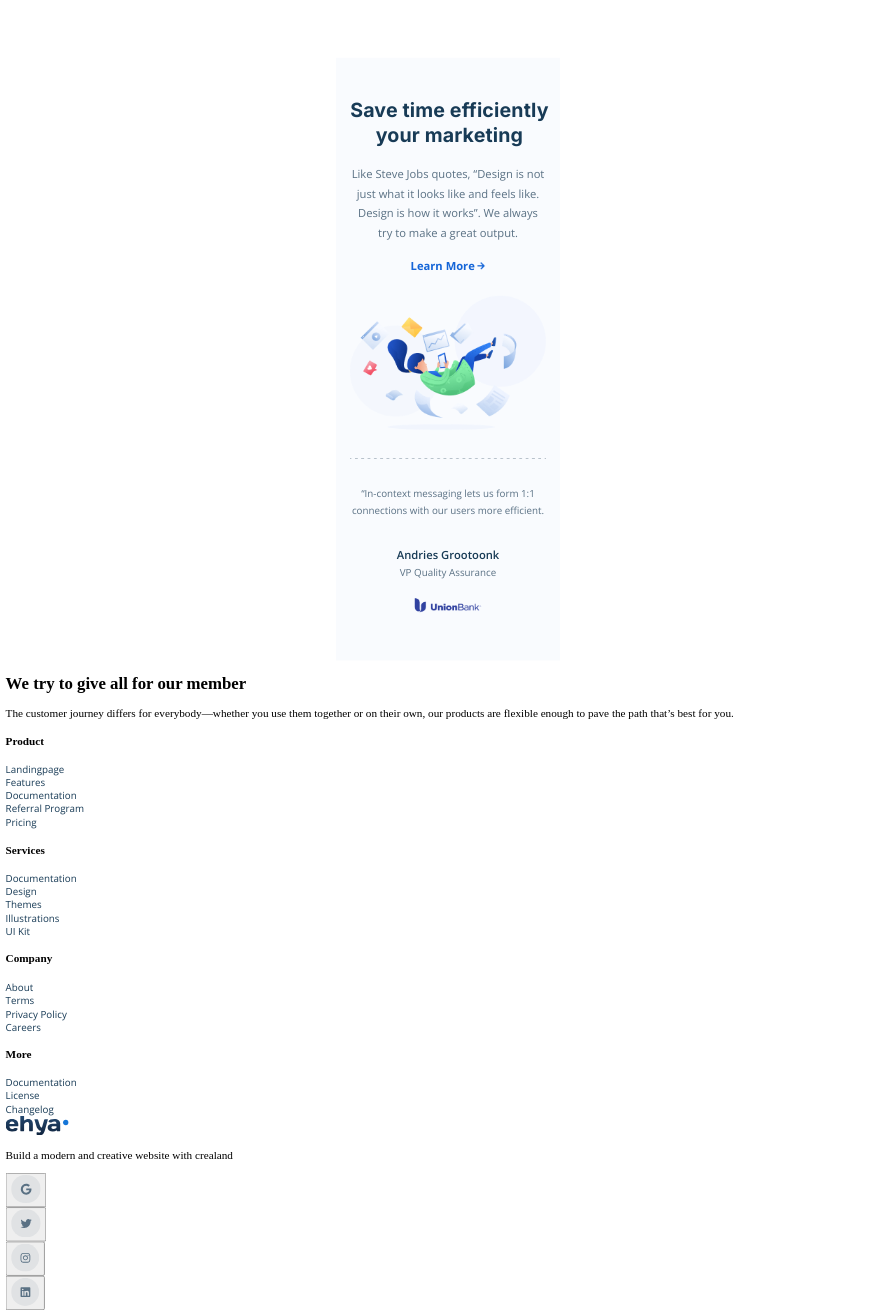
Repository: umlaufissss/provaFront
Page: HTML/index.html
An editor plug-in stored every save of this project. The page is shown before and after a run of saves, followed by the edit.
The browser window is 1280 px wide. The pictures show the part of the page from y = 1572 to 3492 px (the page is 3451 px tall before and 3492 px after), at 70% of full size.
Some web fonts or font styles are not loaded; a fallback is used.

Above is the page before, as saved 2026-06-22 19:20:11.

### HTML/index.html
<!DOCTYPE html>
<html lang="pt-br">
<head>
    <meta charset="UTF-8">
    <meta name="viewport" content="width=device-width, initial-scale=1.0">
    <link rel="stylesheet" href="../CSS/style.css">
    <link href="https://fonts.googleapis.com/css2?family=Inter:ital,opsz,wght@0,14..32,100..900;1,14..32,100..900&family=Montserrat:ital,wght@0,100..900;1,100..900&family=Paytone+One&display=swap" rel="stylesheet">
    <link href="https://fonts.googleapis.com/css2?family=Inter:ital,opsz,wght@0,14..32,100..900;1,14..32,100..900&family=Montserrat:ital,wght@0,100..900;1,100..900&family=Open+Sans:ital,wght@0,300..800;1,300..800&family=Paytone+One&display=swap" rel="stylesheet">

    <title>Prova de Recuperação Front End</title>
</head>
<body>

    <header class="mainGrid">
        <section class="generalCard">

            <section class="topCima">

                <!-- logo -->
                <div class="sonnImg">
                    <img src="/assets/icons/Logo.svg" alt="logo">
                </div>

                <div class="menu">
                    <img src="/assets/icons/ic_Menu (1).svg" alt="menu">
                </div>

            </section>

            <section class="meio">
                <div class="phrase">
                        <h1>Better customer relations starts now<h1>
                </div>

                <div class="card">

                    <p>Your Email here..<p>

                    <button type="button" class="button-submit">Get Started</button>

                </div>

                <div class="imagemTop">
                    <img src="/assets/img/Customer Development.svg" alt="imagemInicio">
                </div>

            </section>




        </section>
    </header>


    <main class="masterBoard">

        <section class="hero" id="teamSuggestions">

            <!-- Aqui a linha não é quebrada como proposto no Figma,
             mas seus valores de width e height são idênticos no CSS
             VEJA: "#teamSuggestions h2" em style.css-->
            <h2>Help your customers and your team</h2>

            <article class="cardSuggestions" id="beOrganized">
                <h3>
                    Be Organized
                </h3>
                <p>
                    Bring traditional files, cloud content,
                    EhyaSpace Paper docs, and web
                    shortcuts together in one
                    place—and work the way that works
                    for you.
                </p>
            </article>

            <img src="../assets/img/Organize Operations.png" alt="Organize Operations with Your Team">

            <article class="cardSuggestions">
                <h3>
                    Stay Focused
                </h3>
                <p>
                    Personalized suggestions give you
                    files and folders when you need
                    them so you spend less time
                    searching the files.
                </p>
            </article>

            <article class="cardSuggestions">
                <h3>Get in Sync</h3>
                <p>
                    Coordinate with your team and push
                    projects forward with the tools you
                    use every day—all within EhyaSpace.
                    That make your drive safe.
                </p>
            </article>
        </section>

    </main>

        <section class="second" id="saveTime">

            <h2>
                Save time efficiently your marketing
            </h2>

            <p>
                Like Steve Jobs quotes, “Design is not
                just what it looks like and feels like.
                Design is how it works”. We always
                try to make a great output.
            </p>

            <a class="btnLearn" href="/">
                <button type="button" aria-label="Click here to learn more">
                    Learn More <img src="../assets/icons/arrow.png">
                </button>
            </a>

            <img class="woman" src="../assets/img/Woman Falling.png" alt="Woman learning marketing">

            <img class="line" id="dotted" src="../assets/img/Line.png">

            <article class="quoteAndries">

                <!-- Aqui a linha não é quebrada como proposto no Figma,
                 mas seus valores de width e height são idênticos no CSS
                 VEJA: "#saveTime .quoteAndries p" em style.css-->
                <p>
                    “In-context messaging lets us form 1:1
                    connections  with our users
                    more efficient.
                </p>

                <h3>Andries Grootoonk</h3>
                <h4>VP Quality Assurance</h4>

                <img src="../assets/img/LogoUnionBank.png" alt="Logo of Union Bank">
            </article>
        </section>

        <section class="third" id="support">
            <h2>We try to give all for our member</h2>
            <p>
                The customer journey differs for
                everybody—whether you use them
                together or on their own, our
                products are flexible enough to pave
                 the path that’s best for you.
            </p>

            <h3></h3>
        </section>

        <footer class="baseboard">
            <section class="principalBaseboard">
                <div class="cardFooter">
                    <h4>Product</h4>
                    <ul>
                        <li><a href="/">Landingpage</a></li>
                        <li><a href="/">Features</a></li>
                        <li><a href="/">Documentation</a></li>
                        <li><a href="/">Referral Program</a></li>
                        <li><a href="/">Pricing</a></li>
                    </ul>
                </div>

                <div class="cardFooter">
                    <h4>Services</h4>
                    <ul>
                        <li><a href="/">Documentation</a></li>
                        <li><a href="/">Design</a></li>
                        <li><a href="/">Themes</a></li>
                        <li><a href="/">Illustrations</a></li>
                        <li><a href="/">UI Kit</a></li>
                    </ul>
                </div>

                <div class="cardFooter">
                    <h4>Company</h4>
                    <ul>
                        <li><a href="/">About</a></li>
                        <li><a href="/">Terms</a></li>
                        <li><a href="/">Privacy Policy</a></li>
                        <li><a href="/">Careers</a></li>
                    </ul>
                </div>

                <div class="cardFooter">
                    <h4>More</h4>
                    <ul>
                        <li><a href="/">Documentation</a></li>
                        <li><a href="/">License</a></li>
                        <li><a href="/">Changelog</a></li>
                    </ul>
                </div>
            </section>

            <section class="bottomBaseboard">

                <div class="mainIcon">
                    <img src="/assets/icons/Logo.svg" alt="Logo 'ehya' do site">
                </div>

                <p>Build a modern and creative website with crealand</p>

                <div class="networkIcons">
                    <article class="icon">
                        <a href="/"><button><img src="/assets/icons/IconG.svg" alt="Ir para página Google"></button></a>
                    </article>

                    <article class="icon">
                        <a href="/"><button><img src="/assets/icons/IconT.svg" alt="Ir para nosso perfil do Twitter"></button></a>
                    </article>

                    <article class="icon">
                        <a href="/"><button><img src="/assets/icons/IconI.svg" alt="Ir para nosso perfil do Instagram"></button></a>
                    </article>

                    <article class="icon">
                        <a href="/"><button><img src="/assets/icons/IconL.svg" alt="Ir para nosso perfil do Linkedin"></button></a>
                    </article>

                    </div>
                </section>
        </footer>
</body>
</html>

### CSS/style.css
:root
{
    --color-white: #FFF;
    --color-vibrant-green: #36B37E;
    --color-bright-gray: #F9FBFE;
    --color-brigther-gray: #F9FBFE;
    --color-navy-blue: #183B56;
    --color-vibrant-dark-blue: #1565D8;
    --color-steel-blue: #5A7184;
    --color-gray: #B3BAC5;
    --color-dotted-line: #9DAAB6;
    --color-light-green: #EBF8F3;
;#EBF8F3 :yarg-rolo

    /*Opacidade*/
    --color-steel-blue-opacity10: rgba(179, 186, 197, 0.1);
}

*
{
    box-sizing: border-box;
}

.mainGrid{
    margin:0px;
#EBF8F3    background-color:#36B37E ;

}

.soonImg img{
  display: flex;
  justify-content: space-between;
  align-items: center;
  margin:0px;
}

.topCima{

}

.phrase h1{
    font-family: "Inter" , sans-serif;
    color: #183B56;
    font-weight: 300 ;

    font-family: Inter;
    font-weight: 700;
    font-size: 32px;
    text-align: center;

}

.card{
    display: grid;
    text-align: center;
    background-color: white;
    color: #5A7184;

    width: 280px;
    height: 132px;
    top: 206px;
    left: 20px;


    border-radius: 8px;
    justify-content: center;
    align-items: center;
}


.card button{
    background-color: rgb(107, 192, 107);
    color: white;

    height: 46px;
    width: 248px;
    border: 0px;
    border-radius: 8px;

    top: 276px;
    left: 36px;


}

.imagemTop img{
    width: 280px;
    height: 180px;

    margin: 18px 0 18px;

}




.masterBoard
{
    padding: 0 20px;
    background-color: var(--color-white);

    width: 320px;
    justify-self: center;
}

#teamSuggestions
{
    display: flex;
    flex-direction: column;
    justify-self: center;

    padding: 64px 0 56px;
}
#teamSuggestions h2
{
    font-family: "Inter", sans-serif;
    font-weight: 700;
    font-size: 28px;
    line-height: 36px;
    letter-spacing: 0.2px;
    text-align: center;

    color: var(--color-navy-blue);

    margin: 0;

    width: 280px;
    height: 108px;
}

#teamSuggestions .cardSuggestions
{
    width: 280px;
    height: 201px;
    display: flex;
    flex-direction: column;
    justify-content: center;

    margin: 12px 0;
}

#teamSuggestions .cardSuggestions h3
{
    font-family: "Inter",sans-serif;
    font-weight: 700;
    font-size: 16px;
    line-height: 20px;
    letter-spacing: 0.2px;

    color: var(--color-navy-blue);

    margin-left: 20px;
}

#teamSuggestions .cardSuggestions p
{
    font-family: Open Sans;
    font-weight: 400;
    font-size: 14px;
    line-height: 24px;
    letter-spacing: 0px;

    color: var(--color-steel-blue);
    margin-left: 20px;

    width: 240px;
}

#teamSuggestions img
{
    width: 280px;
    height: 180px;

    margin: 18px 0 18px;
}

#teamSuggestions #beOrganized
{

    background-color: var(--color-steel-blue-opacity10);
    border-left: 2px solid var(--color-steel-blue);

    margin: 18px 0;
}

#saveTime
{
    padding: 56px 20px 58px;
    background-color: var(--color-brigther-gray);

    width: 320px;
    display: flex;
    flex-direction: column;
    justify-self: center;
    text-align: center;
}

#saveTime h2
{
    font-family: "Inter", sans-serif;
    font-weight: 700;
    font-size: 28px;
    line-height: 36px;
    letter-spacing: 0.2px;
    text-align: center;

    color: var(--color-navy-blue);

    width: 284px;
    height: 72px;

    margin: 0;
}

#saveTime p
{
    font-family: "Open Sans", sans-serif;
    font-weight: 400;
    font-size: 16px;
    line-height: 28px;
    letter-spacing: 0px;
    text-align: center;

    color: var(--color-steel-blue);

    width: 280px;
    height: 112px;

    margin: 24px 0;
}

#saveTime .btnLearn
{
    display: flex;

    justify-content: center;
    margin-bottom: 34px;

    text-decoration: none;

}

#saveTime .btnLearn button
{
    font-family: "Open Sans", sans-serif;
    font-weight: 700;
    font-size: 16px;
    line-height: 100%;
    letter-spacing: 0px;

    background-color: transparent;
    border: none;
    color: var(--color-vibrant-dark-blue);
}

#saveTime .btnLearn button img
{
    margin-left: x;
}

#saveTime .woman
{
    width: 280px;
    height: 192px;
}

#saveTime #dotted.line
{
    margin: 40px 0 37px;
}

#saveTime .quoteAndries p
{
    font-family: "Open Sans", sans-serif;
    font-weight: 400;
    font-size: 14px;
    line-height: 24px;
    letter-spacing: 0px;
    text-align: center;

    width: 280px;
    height: 72px;

    margin: 0;

    color: var(--color-steel-blue);
}

#saveTime .quoteAndries h3
{
    font-family: "Open Sans", sans-serif;
    font-weight: 600;
    font-size: 16px;
    line-height: 100%;
    letter-spacing: 0px;

    color: var(--color-navy-blue);

    margin: 20px 0 7px;
}

#saveTime .quoteAndries h4
{
    font-family: Open Sans;
    font-weight: 400;
    font-size: 14px;
    line-height: 20px;
    letter-spacing: 0px;
    text-align: center;

    color: var(--color-steel-blue);

    margin: 0 0 20px;
}

#saveTime .quoteAndries img
{
    width: 102.85px;
    height: 34.1px;
}

.cardFooter ul{
    list-style-type: none;
    margin: 15px;
    margin: 0px;
    padding: 0px;

}
.cardFooter a{
    font-family: "Open Sans", sans-serif;
    font-size: 14px;
    color: var(--color-navy-blue);
    text-decoration: none;
}

After the next 3 saves:
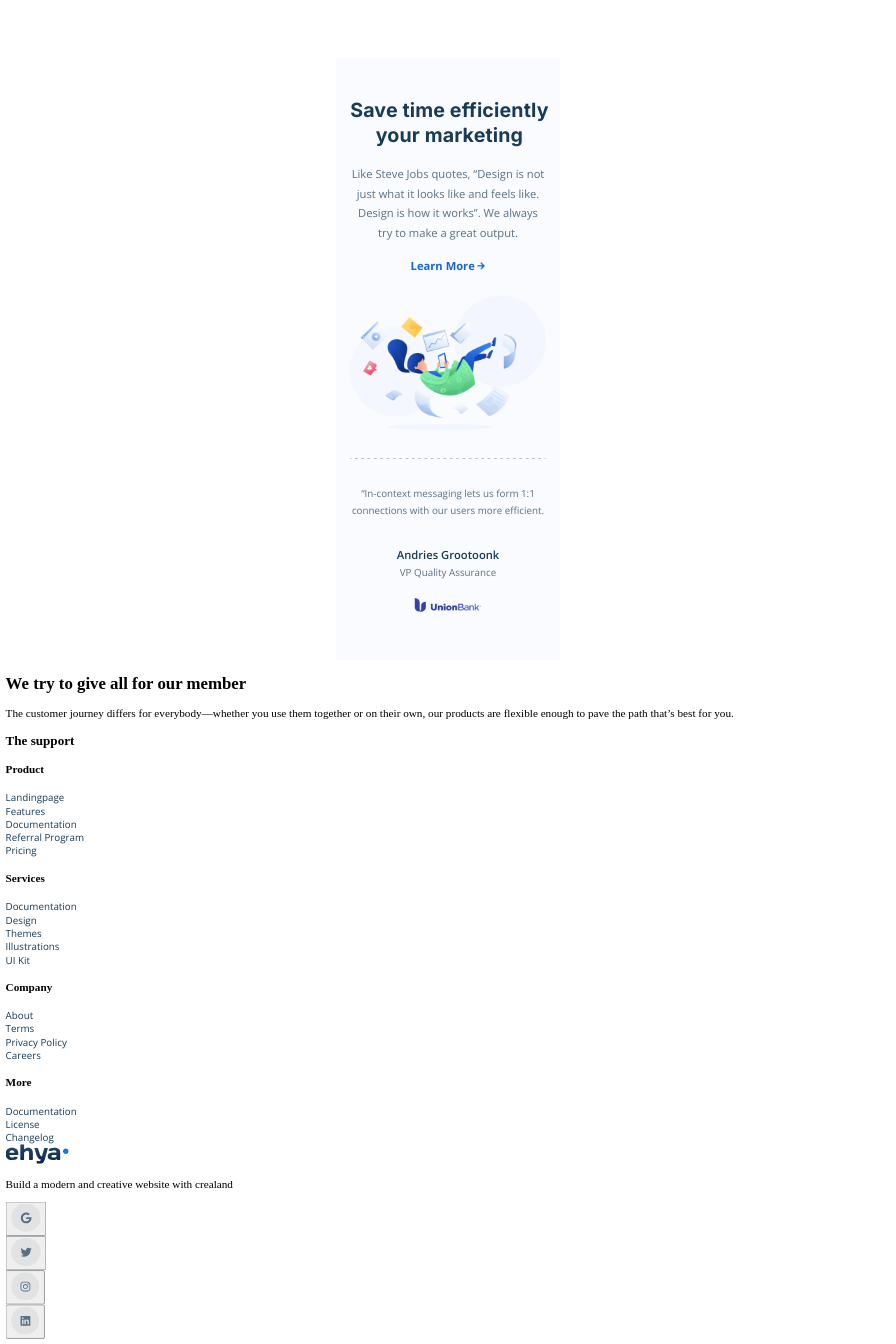
The 3 saves are shown as one change because they came seconds apart.
The last was saved 5 s later.
--- a/HTML/index.html
+++ b/HTML/index.html
@@ -153,7 +153,7 @@
                  the path that’s best for you.
             </p>
 
-            <h3></h3>
+            <h3>The support</h3>
         </section>
 
         <footer class="baseboard">
